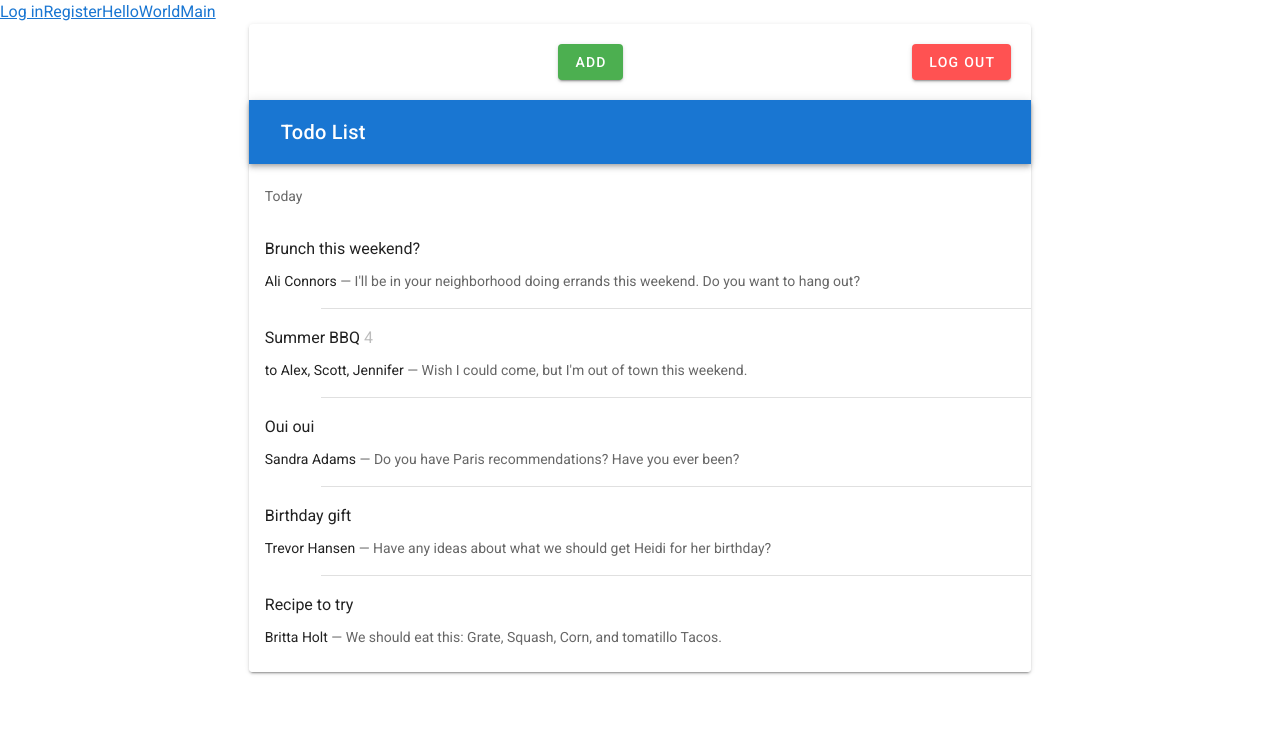
Repository: pao741/vue-todo
Page: /
These files come from the project's save history. The page is drawn as it stood at one moment and after the next save; the edit follows.
The browser window is 1280 px wide. The pictures show the whole page.
The project was rebuilt for these pictures with package versions that can differ from the ones it lists, and the page was loaded fresh each time. Also part of the build but not shown: vue.config.js, src/components/Login.vue, src/components/Register.vue, src/components/HelloWorld.vue.

Above is the page before, as saved 2021-02-11 13:12:58.

### src/main.js
import Vue from 'vue';
import Vuex from 'vuex';
// import VueRouter from 'vue-router';
import App from './App.vue';
import vuetify from './plugins/vuetify';
import firebase from './plugins/firebase';
import router from './router';

import 'vuetify/dist/vuetify.min.css';

Vue.config.productionTip = false;
Vue.use(Vuex);

const store = new Vuex.Store({
  state: {
    authenticated: false,
  },
  actions: {
    login(state) {
      state.authenticated = true;
    },
    logout(state) {
      state.authenticated = false;
    },
  },
});

new Vue({
  vuetify,
  router,
  firebase,
  store: store,
  render: (h) => h(App),
}).$mount('#app');

### src/App.vue
<template>
  <v-app>
    <v-main>
      <div>
        <router-link to="Login">Log in</router-link>
        <router-link to="Register">Register</router-link>
        <router-link to="HelloWorld">HelloWorld</router-link>
        <router-link to="/">Main</router-link>
        <router-view />
      </div>
    </v-main>
  </v-app>
</template>

<script>
// import Login from "./components/Login";

export default {
  name: "App",

  components: {
    // Login
  },

  data: () => ({
    //
  })
};
</script>

### src/plugins/firebase.js
import firebase from 'firebase/app';
import 'firebase/auth';

const firebaseConfig = {
  apiKey: 'AIzaSyDDoWONGwbdeV8-j0yTCmUjzBNPDUFN7Q8',
  authDomain: 'vue-todo-ae3e5.firebaseapp.com',
  projectId: 'vue-todo-ae3e5',
  storageBucket: 'vue-todo-ae3e5.appspot.com',
  messagingSenderId: '816401963007',
  appId: '1:816401963007:web:1f3f49cc385198e51af9ca',
  measurementId: 'G-G9PREJ9C9D',
};
// Initialize Firebase
firebase.initializeApp(firebaseConfig);
// firebase.analytics();
firebase.auth().setPersistence(firebase.auth.Auth.Persistence.LOCAL);

export default firebase;

### src/router/index.js
import Vue from 'vue';
import VueRouter from 'vue-router';
// import firebase from '../plugins/firebase';

import Login from '../components/Login';
import Main from '../components/Main';
import Register from '../components/Register';
import HelloWorld from '../components/HelloWorld';

Vue.use(VueRouter);

const routes = [
  {
    path: '/HelloWorld',
    name: 'HelloWorld',
    component: HelloWorld,
    meta: {
      authenticated: true,
    },
  },
  {
    path: '/',
    name: 'Main',
    component: Main,
    meta: {
      authenticated: true,
    },
  },
  {
    path: '/login',
    name: 'Login',
    component: Login,
  },
  {
    path: '/register',
    name: 'Register',
    component: Register,
  },
];

const router = new VueRouter({
  mode: 'hash',
  routes,
});

const beforeRouteEnter = async (to, from, next) => {
  if (to.meta.requiredAuthentication) {
    if (Vue.$store.state.auth.authenticated) {
      next();
    } else {
      next({ name: 'login' });
    }
  } else {
    next();
  }
};

router.beforeEach(beforeRouteEnter);

Vue.$router = router;

export default router;

### src/components/Main.vue
<template>
  <v-app>
    <div class="text-center">
      <v-dialog v-model="adding" @click:outside="adding = false" width="500">
        <v-card v-click-outside="">
          <v-card-title class="headline grey lighten-2">
            Fill in the form
          </v-card-title>
          <v-row justify="center" class="ma-5">
            <v-col>
              <v-text-field class="header" placeholder="Title"></v-text-field>
              <v-text-field class="header" placeholder="Title"></v-text-field>
              <v-row justify="center">
                <v-date-picker v-model="date"></v-date-picker>
              </v-row>
            </v-col>
          </v-row>
          <v-row justify="center" class="ma-1">
            <v-col>
              <v-btn justify="center" color="success" @click="adding = false">
                Submit
              </v-btn>
              <v-btn justify="center" color="error" @click="adding = false">
                Close
              </v-btn>
            </v-col>
          </v-row>
        </v-card>
      </v-dialog>
    </div>
    <v-card class="mx-auto">
      <v-row justify="center" class="ma-5">
        <v-btn
          class="mx-auto"
          justify="center"
          color="success"
          @click="adding = true"
        >
          Add
        </v-btn>
        <v-btn justify="center" color="error" @click="logOut">Log out</v-btn>
      </v-row>
      <v-toolbar color="primary" dark>
        <v-card-title>Todo List</v-card-title>
      </v-toolbar>

      <v-list three-line>
        <template v-for="(item, index) in items">
          <v-subheader
            v-if="item.header"
            :key="item.header"
            v-text="item.header"
          ></v-subheader>

          <v-divider
            v-else-if="item.divider"
            :key="index"
            :inset="item.inset"
          ></v-divider>

          <v-list-item v-else :key="item.title">
            <v-list-item-content>
              <v-list-item-title v-html="item.title"></v-list-item-title>
              <v-list-item-subtitle
                v-html="item.subtitle"
              ></v-list-item-subtitle>
            </v-list-item-content>
          </v-list-item>
        </template>
      </v-list>
    </v-card>
  </v-app>
</template>

<script>
import firebase from "firebase";

const LOCAL_STORAGE_KEY = "todo-app-vue";
export default {
  //   name: "Log In"
  data: () => ({
    date: null,
    adding: false,
    todos: JSON.parse(localStorage.getItem(LOCAL_STORAGE_KEY)) || [
      { text: "Learn JavaScript ES6+ goodies", isDone: true },
      { text: "Learn Vue", isDone: false },
      { text: "Build something awesome", isDone: false }
    ],
    editing: null,
    items: [
      { header: "Today" },
      {
        title: "Brunch this weekend?",
        subtitle: `<span class="text--primary">Ali Connors</span> &mdash; I'll be in your neighborhood doing errands this weekend. Do you want to hang out?`
      },
      { divider: true, inset: true },
      {
        title: 'Summer BBQ <span class="grey--text text--lighten-1">4</span>',
        subtitle: `<span class="text--primary">to Alex, Scott, Jennifer</span> &mdash; Wish I could come, but I'm out of town this weekend.`
      },
      { divider: true, inset: true },
      {
        title: "Oui oui",
        subtitle:
          '<span class="text--primary">Sandra Adams</span> &mdash; Do you have Paris recommendations? Have you ever been?'
      },
      { divider: true, inset: true },
      {
        title: "Birthday gift",
        subtitle:
          '<span class="text--primary">Trevor Hansen</span> &mdash; Have any ideas about what we should get Heidi for her birthday?'
      },
      { divider: true, inset: true },
      {
        title: "Recipe to try",
        subtitle:
          '<span class="text--primary">Britta Holt</span> &mdash; We should eat this: Grate, Squash, Corn, and tomatillo Tacos.'
      }
    ]
  }),
  methods: {
    logOut() {
      firebase
        .auth()
        .signOut()
        .then(() => {
          // Sign-out successful.
          // console.log("sign out successful");
          this.$router.push("/login");
        })
        .catch(error => {
          // An error happened.
          alert(error);
        });
    }
  },
  watch: {
    todos: {
      deep: true,
      handler(newValue) {
        localStorage.setItem(LOCAL_STORAGE_KEY, JSON.stringify(newValue));
      }
    }
  }
};
</script>

Loaded but not shown: public/index.html (common file); src/plugins/vuetify.js (common file)

After the next save:
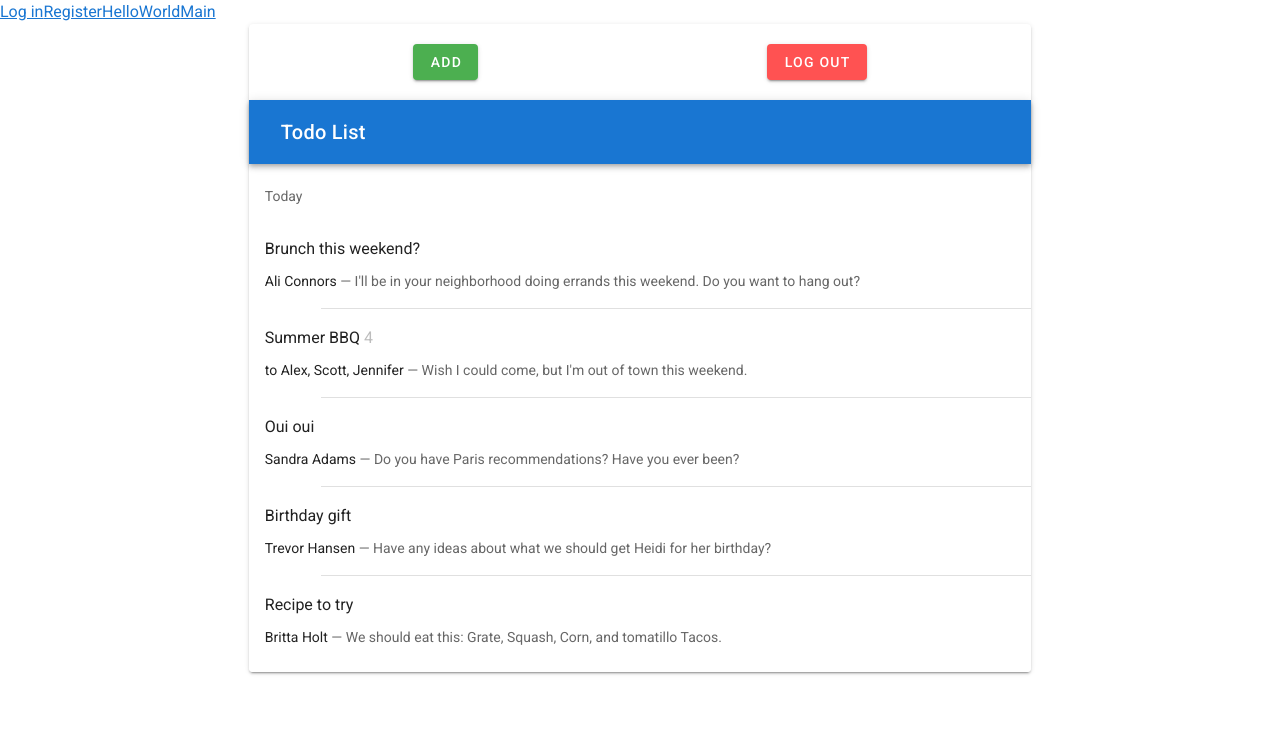
Saved 5 s later.
--- a/src/components/Main.vue
+++ b/src/components/Main.vue
@@ -38,7 +38,9 @@
         >
           Add
         </v-btn>
-        <v-btn justify="center" color="error" @click="logOut">Log out</v-btn>
+        <v-btn class="mx-auto" justify="center" color="error" @click="logOut"
+          >Log out</v-btn
+        >
       </v-row>
       <v-toolbar color="primary" dark>
         <v-card-title>Todo List</v-card-title>
